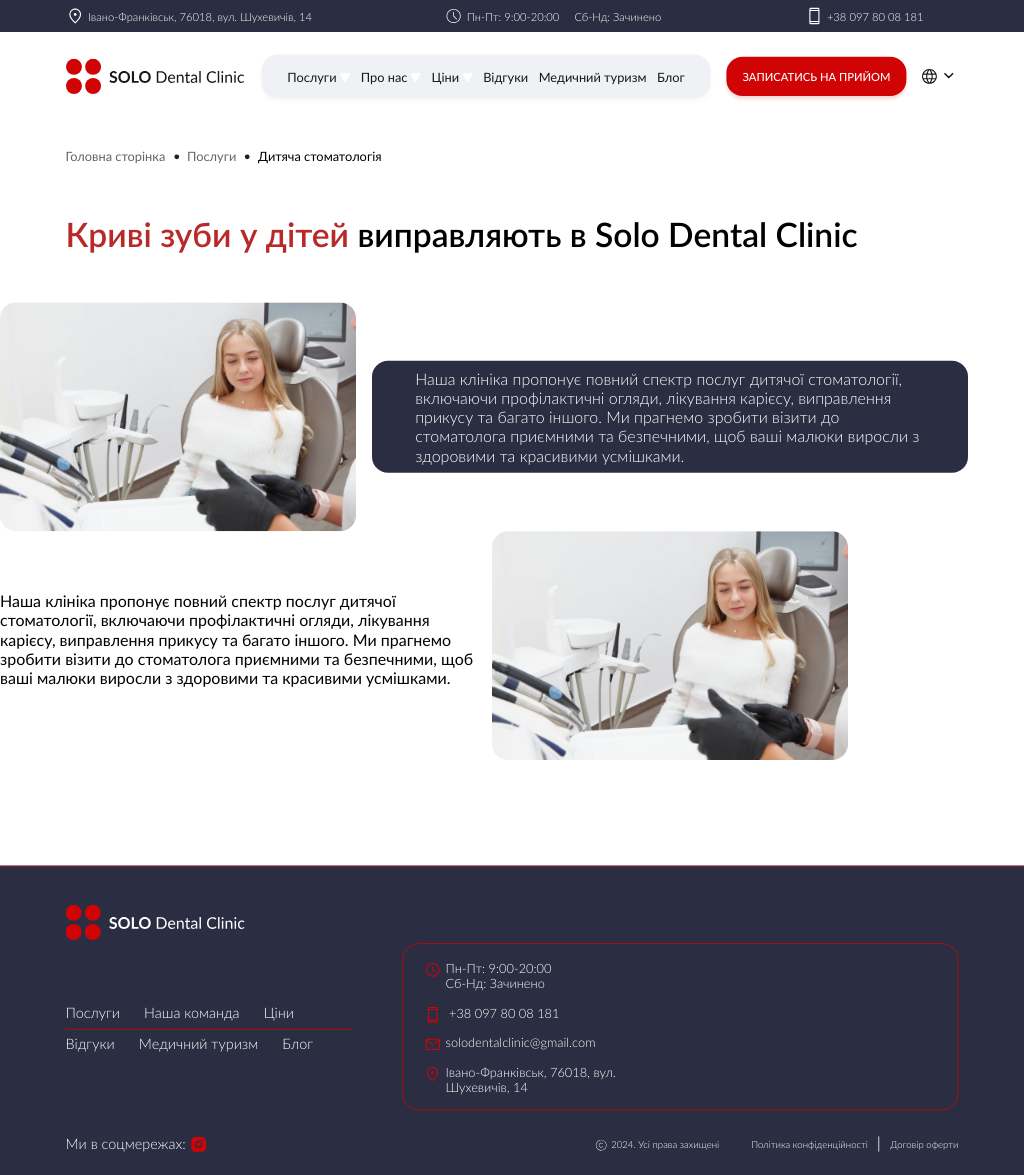
Repository: TarasDutchak/dental-clinic
Page: pediatric-dentistry.html
These files come from the project's save history. The page is drawn as it stood at one moment and after the next save; the edit follows.
The browser window is 1280 px wide. The pictures show the whole page, at 80% of full size.
Pictures or frames that could not be fetched are drawn as grey boxes.

Above is the page before, as saved 2024-12-31 07:52:02.

After the next save:
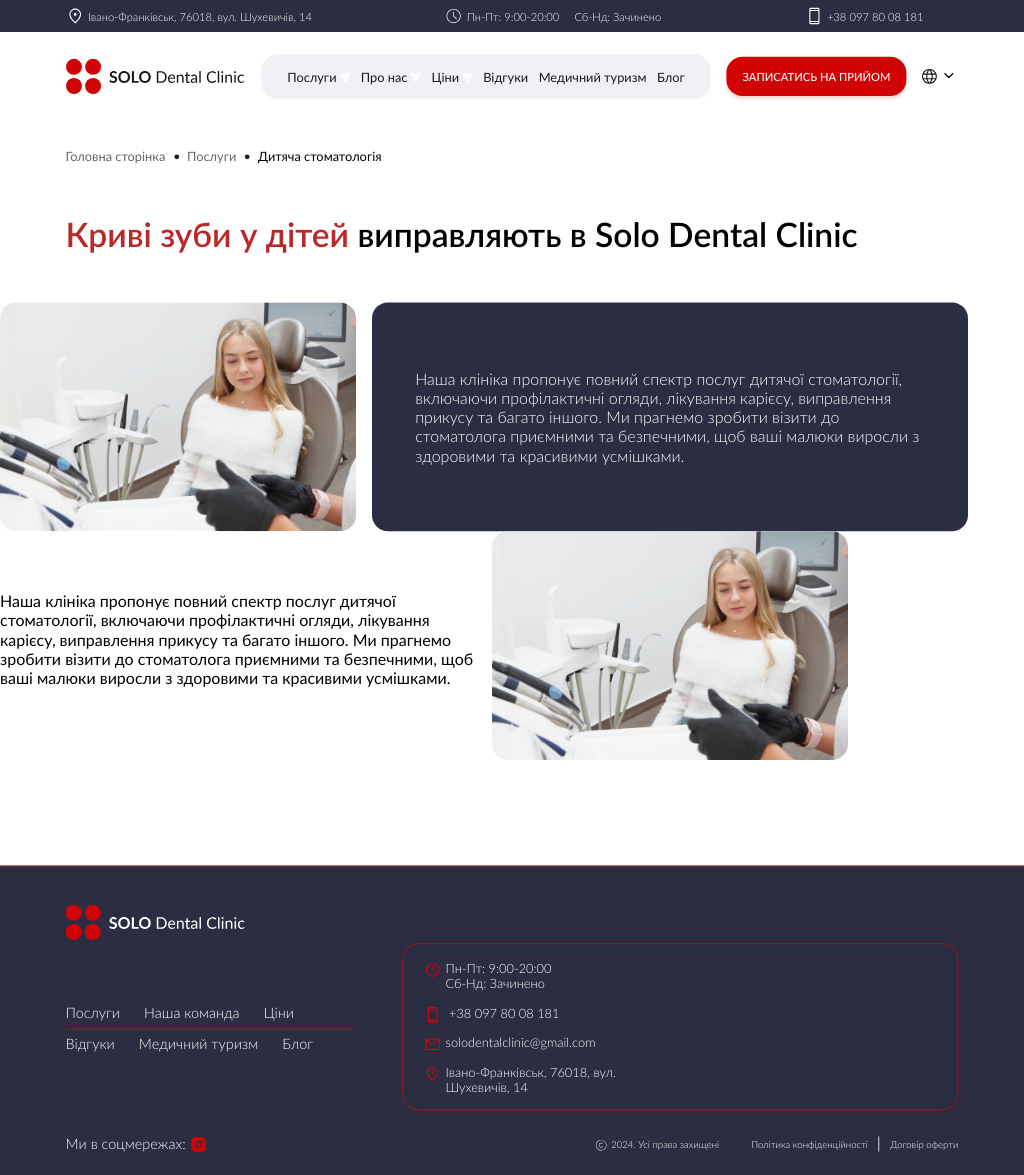
Saved 16 s later.
--- a/pediatric-dentistry.html
+++ b/pediatric-dentistry.html
@@ -170,7 +170,7 @@
             </div>
             <div class="reversesect">
                 <div class="container-r0">
-                    <div class="d-flex align-items-center">
+                    <div class="d-flex">
                         <div class="reversesect__left">
                             <div class="descr">
                                 <p>
